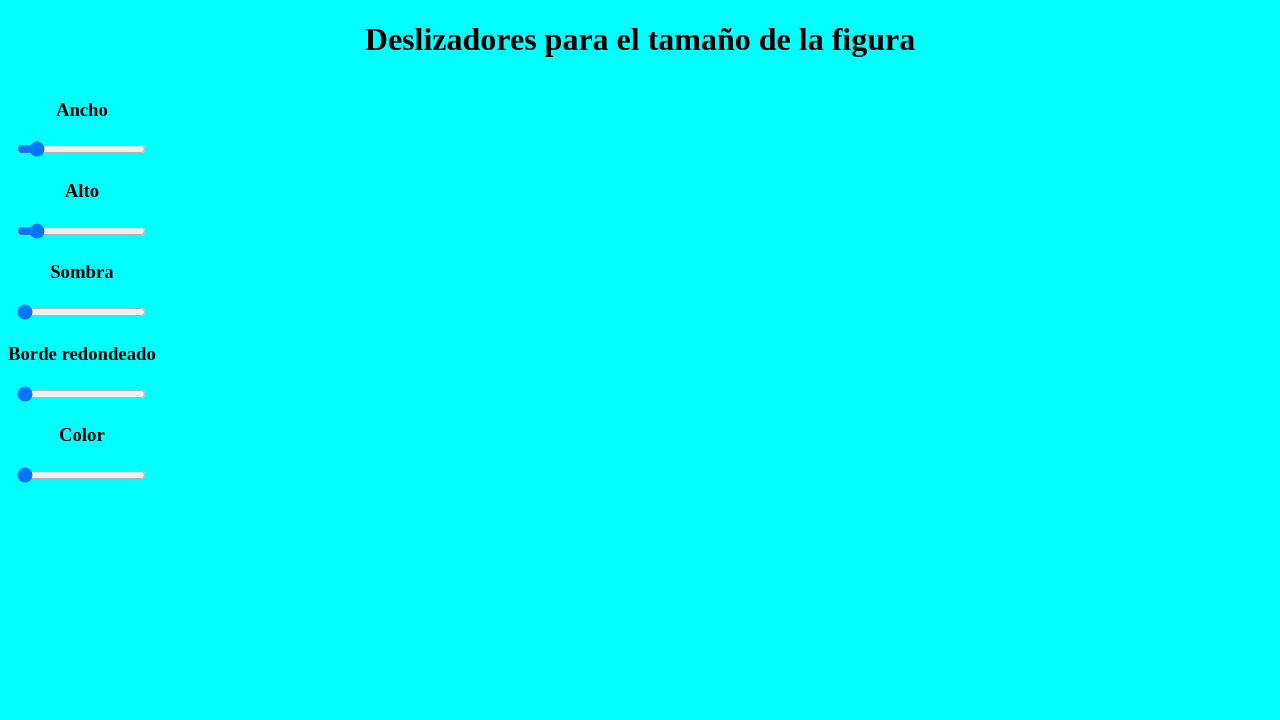
Repository: Kevin8548/Ejercicios-DOM
Page: Deslizador.html
The author's editor kept a copy of each file at every save. The page is drawn from the files as they stood at one save, then again after the next save.
The browser window is 1280 px wide. The pictures show the whole page.

Above is the page before, as saved 2024-10-09 00:31:37.

After the next save:
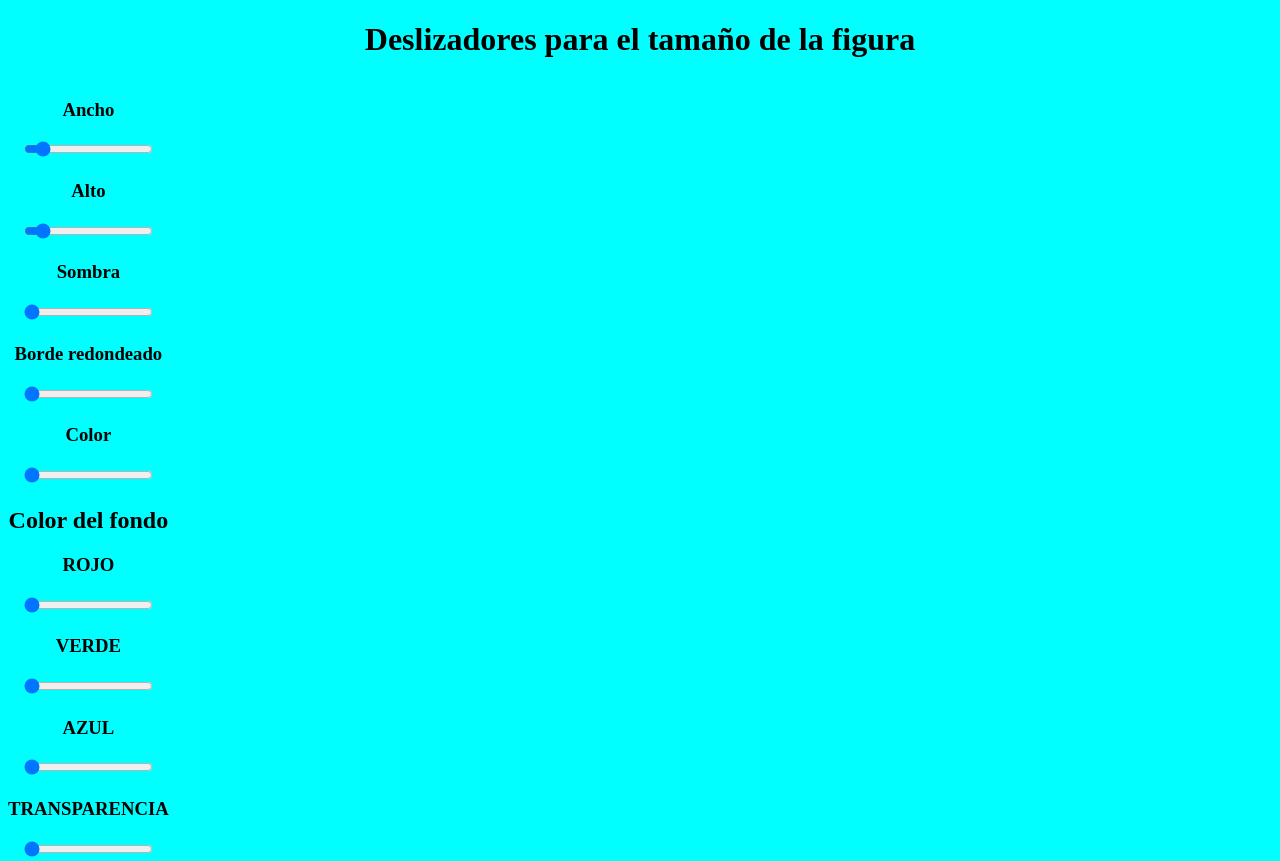
Saved 32 s later.
--- a/Deslizador.html
+++ b/Deslizador.html
@@ -19,6 +19,20 @@
         <input type="range" id="sliderEsquina" min="0" max="50" value="0" step="1">
         <h3>Color</h3>
         <input type="range" id="sliderColor" min="0" max="360" value="0" step="1">
+
+        <h2>Color del fondo</h2>
+    <h3>ROJO</h3>
+    <input type="range" id="Rojo" min="0" max="255" value="0" step="1" oninput="nuevoColor()">
+    <span id="RojoValue"></span>
+    <h3>VERDE</h3>
+    <input type="range" id="Verde" min="0" max="255" value="0" step="1" oninput="nuevoColor()">
+    <span id="VerdeValue"></span>
+    <h3>AZUL</h3>
+    <input type="range" id="Azul" min="0" max="255" value="0" step="1" oninput="nuevoColor()">
+    <span id="AzulValue"></span>
+    <h3>TRANSPARENCIA</h3>
+    <input type="range" id="Transparencia" min="0" max="1" value="0" step="0.01" oninput="nuevoColor()">
+    <span id="TransparenciaValue"></span>
     </div>
     <div class="div"></div>
 
